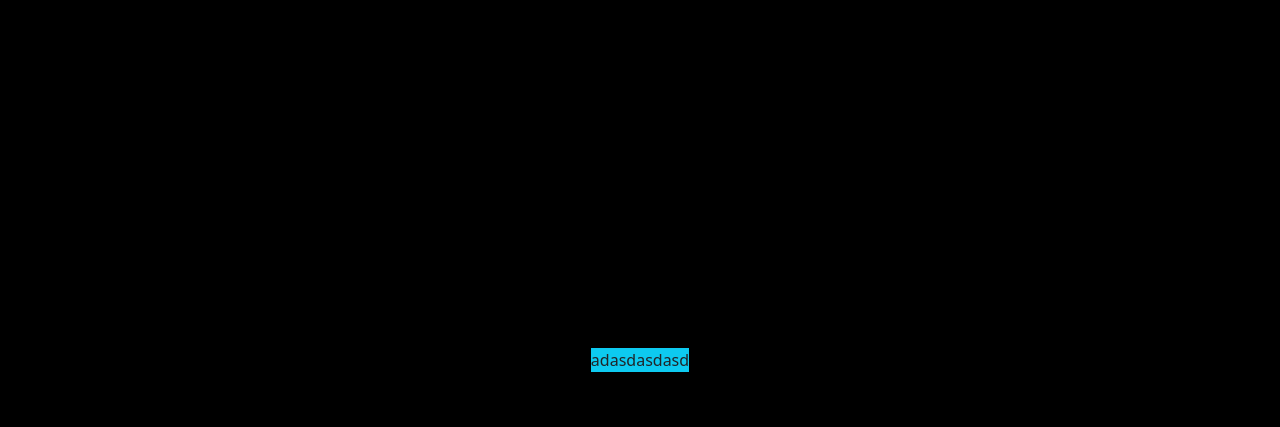
Repository: mariamkhaledsapra/E-Commerce-main
Page: /
An editor plug-in stored every save of this project. The page is shown before and after the next save, followed by the edit.
The browser window is 1280 px wide. The pictures show the whole page.
The project was rebuilt for these pictures with package versions that can differ from the ones it lists, and the page was loaded fresh each time. Also part of the build but not shown: src/App.css, src/components/Login.jsx.

Above is the page before, as saved 2024-02-13 22:09:13.

### public/index.html
<!DOCTYPE html>
<html lang="en">
  <head>
    <meta charset="utf-8" />
    <link rel="icon" href="%PUBLIC_URL%/favicon.ico" />
    <meta name="viewport" content="width=device-width, initial-scale=1" />
    <meta name="theme-color" content="#000000" />
    <meta
      name="description"
      content="Web site created using create-react-app"
    />
    <link href="https://cdn.jsdelivr.net/npm/bootstrap@5.1.3/dist/css/bootstrap.min.css" rel="stylesheet" integrity="sha384-1BmE4kWBq78iYhFldvKuhfTAU6auU8tT94WrHftjDbrCEXSU1oBoqyl2QvZ6jIW3" crossorigin="anonymous">

    <title>React App</title>
  </head>
  <body>
    <div id="root"></div>
  </body>
</html>

### src/index.js
import React from "react";
import ReactDOM from "react-dom/client";
import "./index.css";
import App from "./App";
import reportWebVitals from "./reportWebVitals";
import { createBrowserRouter, RouterProvider } from "react-router-dom";
import Login from "./components/Login";
import Navbar from "./components/Navbar";

const Routes = createBrowserRouter([
  {
    path: "/",
    element: <App />,
  },
  {
    path: "/login",
    element: <Login />,
  },
]);

const root = ReactDOM.createRoot(document.getElementById("root"));
root.render(
  <RouterProvider router={Routes}>
    <App />
  </RouterProvider>
);

reportWebVitals();

### src/index.css
body {
  display: flex;

  justify-content: center;

  align-items: center;

  height: 100vh;
  background-color: black;
  margin: 0;
}

### src/App.js
import logo from './logo.svg';
import './App.css';
import Navbar from './components/Navbar';
import { Outlet } from 'react-router-dom';

function App() {
  return (
    <div className="bg-info h-100">
      <Navbar/>
    </div>
  );
}

export default App;

### src/components/Navbar.jsx
import React from 'react'

const Navbar = () => {
  return (
    <div>
      adasdasdasd
    </div>
  )
}

export default Navbar

Loaded but not shown: src/reportWebVitals.js (common file)

After the next save:
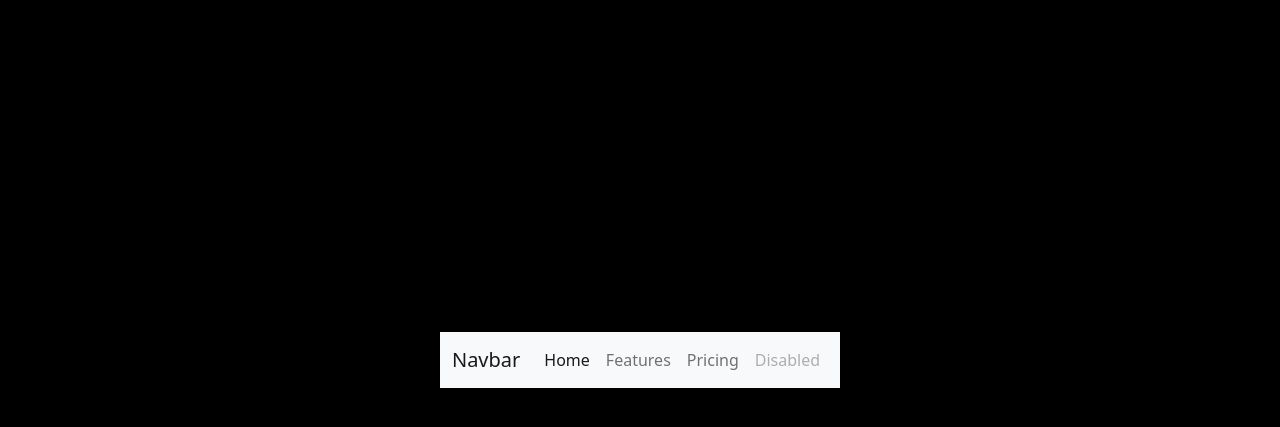
Saved 75 s later.
--- a/src/components/Navbar.jsx
+++ b/src/components/Navbar.jsx
@@ -2,9 +2,22 @@ import React from 'react'
 
 const Navbar = () => {
   return (
-    <div>
-      adasdasdasd
+    <nav class="navbar navbar-expand-lg navbar-light bg-light">
+    <div class="container-fluid">
+      <a class="navbar-brand" href="#">Navbar</a>
+      <button class="navbar-toggler" type="button" data-bs-toggle="collapse" data-bs-target="#navbarNavAltMarkup" aria-controls="navbarNavAltMarkup" aria-expanded="false" aria-label="Toggle navigation">
+        <span class="navbar-toggler-icon"></span>
+      </button>
+      <div class="collapse navbar-collapse" id="navbarNavAltMarkup">
+        <div class="navbar-nav">
+          <a class="nav-link active" aria-current="page" href="#">Home</a>
+          <a class="nav-link" href="#">Features</a>
+          <a class="nav-link" href="#">Pricing</a>
+          <a class="nav-link disabled">Disabled</a>
+        </div>
+      </div>
     </div>
+  </nav>
   )
 }
 
